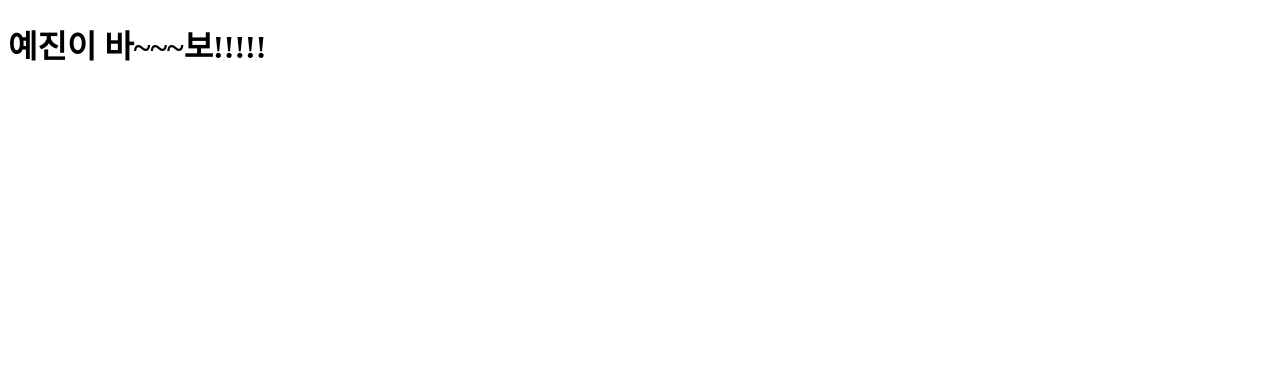
Repository: flown222/JSP_BasicWebsite_Project
Page: http://localhost/BBS/main.jsp
The author's editor kept a copy of each file at every save. The page is drawn from the files as they stood at one save, then again after the next save.
The browser window is 1280 px wide. The pictures show the whole page.
The page is served by Tomcat 9.

Above is the page before, as saved 2022-08-21 06:00:20.

After the next save:
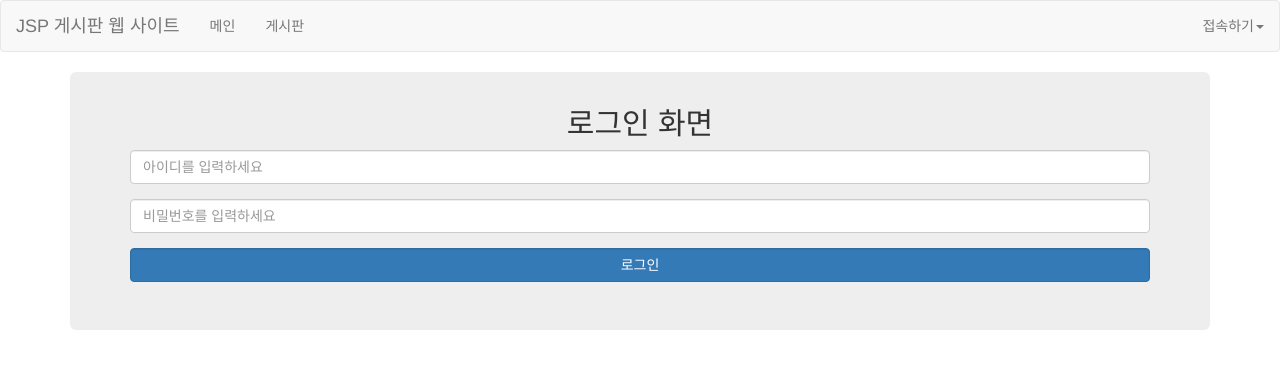
Saved 22 s later.
--- a/projects /BBS/src/main/webapp/main.jsp
+++ b/projects /BBS/src/main/webapp/main.jsp
@@ -3,10 +3,61 @@
 <!DOCTYPE html>
 <html>
 <head>
-<meta charset="UTF-8">
-<title>Insert title here</title>
+<meta http-equiv="Content-Type" content="text/html; charset=UTF-8">
+<meta name="viewport" content="width=device-width" , initial-scale="1">
+<link rel="stylesheet" href="css/bootstrap.css">
+
+<title>JSP 로그인 웹 사이트</title>
 </head>
 <body>
-<h1> 예진이 바~~~보!!!!!</h1>
+	<nav class="navbar navbar-default ">
+		<div class="navbar-header">
+			<button type="button" class="navbar-toggle collapsed"
+			data-toggle="collapse" data-target="#bs-example-navbar-collapse-1"
+			aria-expanded="false">
+				<span class="icon-bar"></span>
+				<span class="icon-bar"></span>
+				<span class="icon-bar"></span>
+			</button>
+
+			<a class="navbar-brand" href="main.jsp">JSP 게시판 웹 사이트</a>
+		</div>
+       <div class="collapse navbar-collapse" id="bs-example-navbar-collapse-1"
+       				aria-expanded="false">
+           <ul class="nav navbar-nav">
+                   <li><a href="main.jsp">메인</a></li>
+                   <li><a href="bbs.jsp">게시판</a></li>
+           </ul>
+			<ul class="nav navbar-nav navbar-right">
+				<li class="dropdown">
+					<a href="#" class="dropdown-toggle"
+                     data-toggle="dropdown" role="button" aria-haspopup="true"
+                     aria-expanded="false">접속하기<span class="caret"></span></a>
+                     <ul class="dropdown-menu">
+                     	<li class="active"><a href="login.jsp">로그인</a></li>
+                     	<li><a href="join.jsp">회원가입</a></li>
+                     </ul>
+				</li>
+			</ul>
+		</div>
+	</nav>
+ <div class="container">
+           <div class="col-Lg-4"></div>
+           <div class="col-Lg-4"></div>
+              <div class="jumbotron" style="padding-top: 15px;">
+               	<form method="post" action="loginAction.jsp">
+                <h2 style="text-align: center;">로그인 화면</h2>
+                <div class="form-group">
+                <input type="text" class="form-control" placeholder="아이디를 입력하세요" name="userID" maxlength="20">
+                  </div>
+                  <div class="form-group">
+                <input type="password" class="form-control" placeholder="비밀번호를 입력하세요" name="userPassword" maxlength="20">
+                  </div>
+                   <input type="submit" class="btn btn-primary form-control" value="로그인">
+                  </form>
+              </div>
+          </div>
+	<script src="https://code.jquery.com/jquery-3.3.1.min.js"></script>
+	<script src="js/bootstrap.js"></script>
 </body>
 </html>
